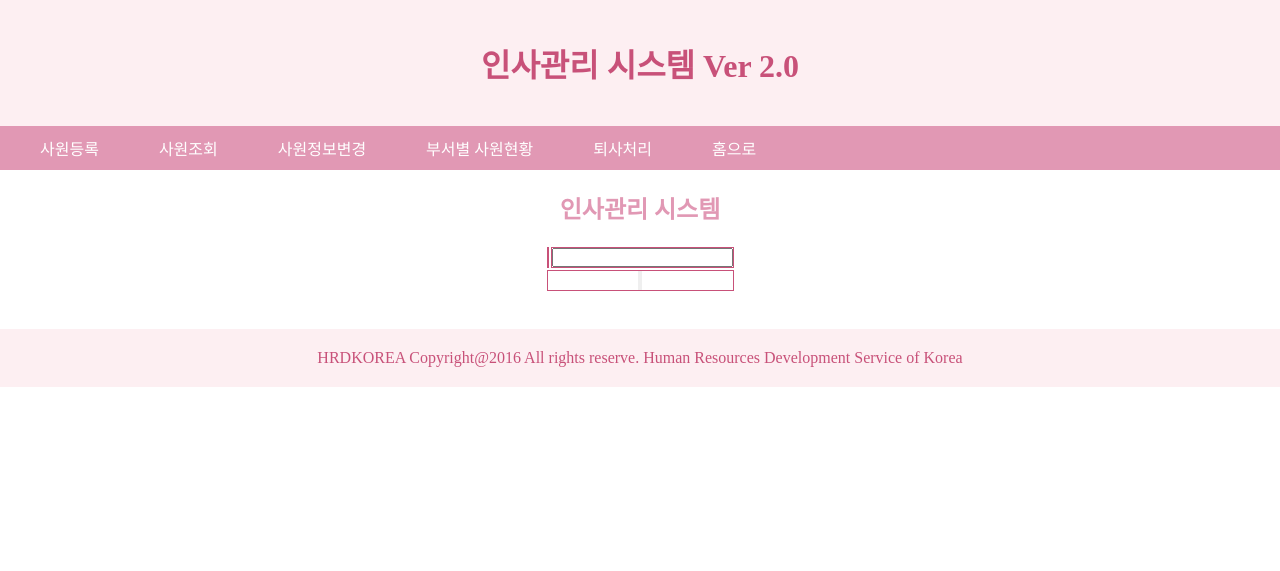
Repository: SeolhwaPark/JSL40_HRDKOREA
Page: http://localhost/HRD_0429/insert.jsp
An editor plug-in stored every save of this project. The page is shown before and after the next save, followed by the edit.
The browser window is 1280 px wide. The pictures show the whole page.
The page is served by Tomcat 9. Other server files are loaded and not shown.

Above is the page before, as saved 2020-04-29 05:00:16.

### HRD_0429/WebContent/insert.jsp
<%@ page language="java" contentType="text/html; charset=UTF-8"
    pageEncoding="UTF-8"%>

<%@ page import ="java.util.* , model.*"%>

<%

%>
<!DOCTYPE html>
<html>
<head>
<meta charset="UTF-8">
<title>인사관리 시스템 Ver 2.0</title>
<style type="text/css">
*{padding:0;margin:0}
.logo{padding:40px 0; text-align:center; color:#c85179; background-color:#fdeff2}
.navi{padding:10px 0; overflow:hidden;background-color:#e198b4}
.navi ul, li{padding:0 10px; float:left; list-style:none}
a{padding:20px; text-decoration:none; color:#fff}

.section{color:#e198b4}
.title{text-align:center;padding:20px}
.content{margin:0}
.content table{margin:0 auto}
.content table th,td{text-align:center; color:#e198b4;border:1px solid #c85179}
.btn_group{text-align:center;}

.footer{padding:20px;background-color:#fdeff2}
.footer p{text-align:center;color:#c85179}

</style>
<script type="text/javascript">
function send() {

}
function del() {

}
</script>
</head>
<body>

<div class="header">
<header>
	<h1 class="logo">인사관리 시스템 Ver 2.0</h1>
	<nav class="navi">
		<ul>
			<li><a href="insert.jsp">사원등록</a></li>
			<li><a href="list.jsp">사원조회</a></li>
			<li><a href="modify.jsp">사원정보변경</a></li>
			<li><a href="view.jsp">부서별 사원현황</a></li>
			<li><a href="select.jsp">퇴사처리</a></li>
			<li><a href="index.jsp">홈으로</a></li>
		</ul>
	</nav>
</header>
</div>
<div class="section">
<section>
	<h2 class="title">인사관리 시스템</h2>
	<div class="content">
		<form name="insert" method="post" action="insert_pro.jsp">
			<table>
				<tr>
					<th></th>
					<td><input type="text" name="" value="">
					</td>
				</tr>
				<tr>
					<td	colspan="2" class="btn_group">
						<input type="button" value="" onClick="">
					</td>
				</tr>
			</table>
		</form>
	</div>
</section>
</div>
<br><br>
<div class="footer">
<footer>
	<p>HRDKOREA Copyright@2016 All rights reserve. Human Resources Development Service of Korea</p>
</footer>
</div>


</body>
</html>

After the next save:
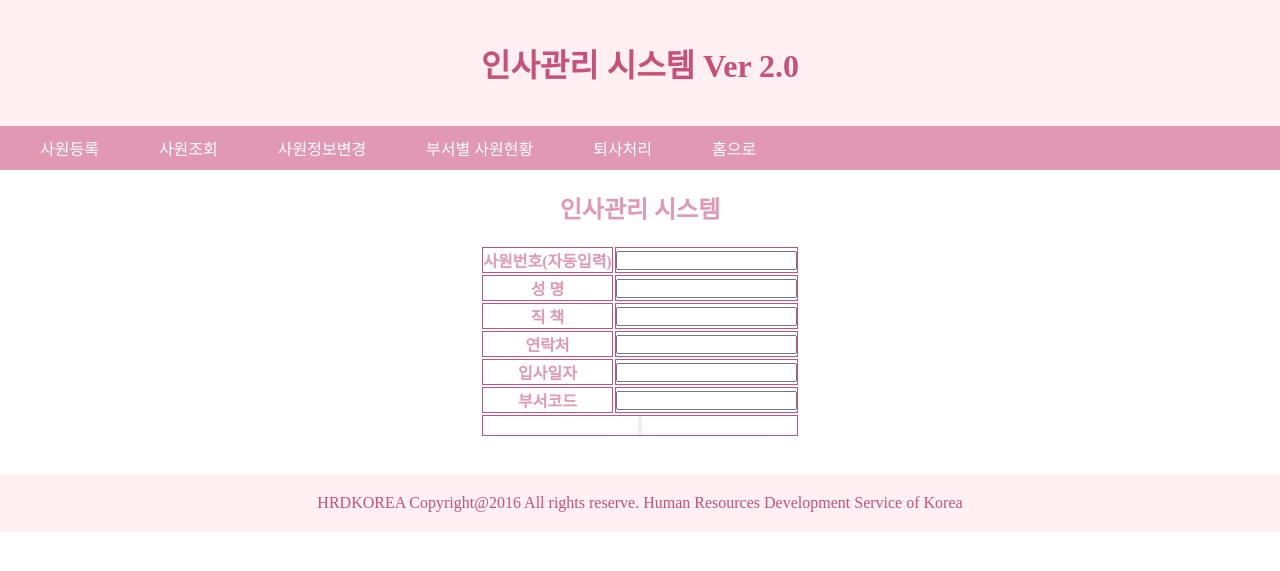
Saved 83 s later.
--- a/HRD_0429/WebContent/insert.jsp
+++ b/HRD_0429/WebContent/insert.jsp
@@ -62,8 +62,33 @@ function del() {
 		<form name="insert" method="post" action="insert_pro.jsp">
 			<table>
 				<tr>
-					<th></th>
-					<td><input type="text" name="" value="">
+					<th>사원번호(자동입력)</th>
+					<td><input type="text" name="sawon" value="">
+					</td>
+				</tr>
+				<tr>
+					<th>성 명</th>
+					<td><input type="text" name="sawon" value="">
+					</td>
+				</tr>
+				<tr>
+					<th>직 책</th>
+					<td><input type="text" name="sawon" value="">
+					</td>
+				</tr>
+				<tr>
+					<th>연락처</th>
+					<td><input type="text" name="sawon" value="">
+					</td>
+				</tr>
+				<tr>
+					<th>입사일자</th>
+					<td><input type="text" name="sawon" value="">
+					</td>
+				</tr>
+				<tr>
+					<th>부서코드</th>
+					<td><input type="text" name="sawon" value="">
 					</td>
 				</tr>
 				<tr>
